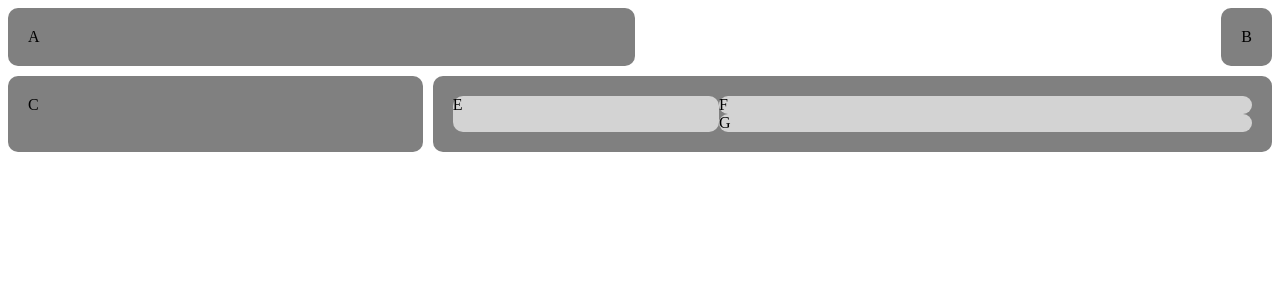
Repository: Yevhen94/nixhw
Page: fourth-lesson/index.html
The author's editor kept a copy of each file at every save. The page is drawn from the files as they stood at one save, then again after the next save.
The browser window is 1280 px wide. The pictures show the whole page.

Above is the page before, as saved 2022-02-08 16:07:02.

After the next save:
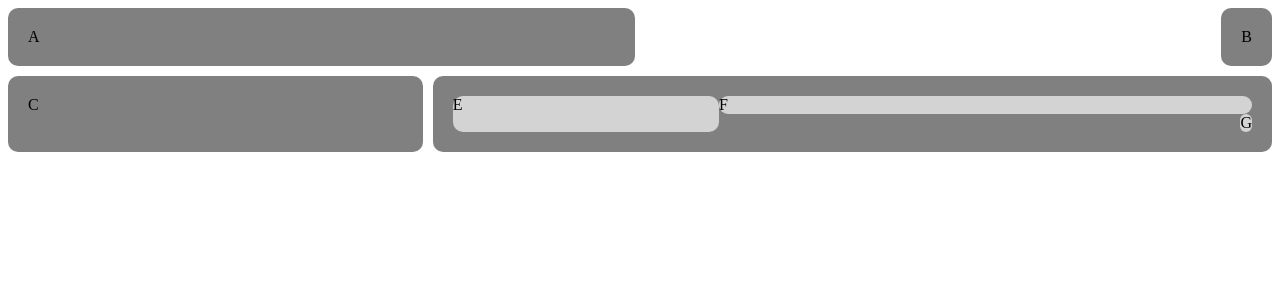
Saved 11 s later.
--- a/fourth-lesson/styles/index.css
+++ b/fourth-lesson/styles/index.css
@@ -117,4 +117,5 @@
 
 .subitem:nth-child(3) {
   grid-column-end: span 4;
+  justify-self: end;
 }
